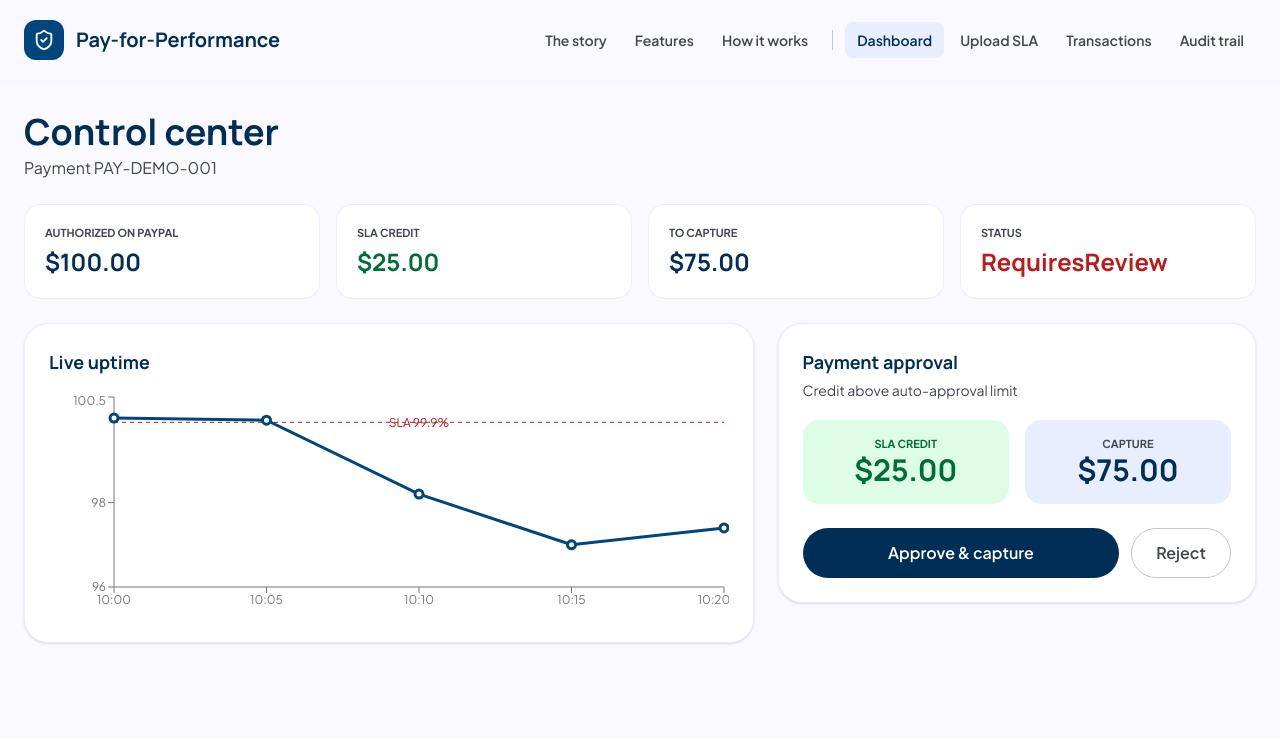
Repository: ParasChavan02/Pay-for-Performance
Page: /dashboard (app in frontend/)
These files come from the project's save history. The page is drawn as it stood at one moment and after the next save; the edit follows.
The browser window is 1280 px wide. The pictures show the whole page.
The project was rebuilt for these pictures with package versions that can differ from the ones it lists, and the page was loaded fresh each time. Some packages were replaced by stand-ins written for this rebuild. The framework's server and built-in components were replaced by stand-ins that run in the browser. Also part of the build but not shown: frontend/next.config.ts.

Above is the page before, as saved 2026-11-09 17:33:48.

After the next save:
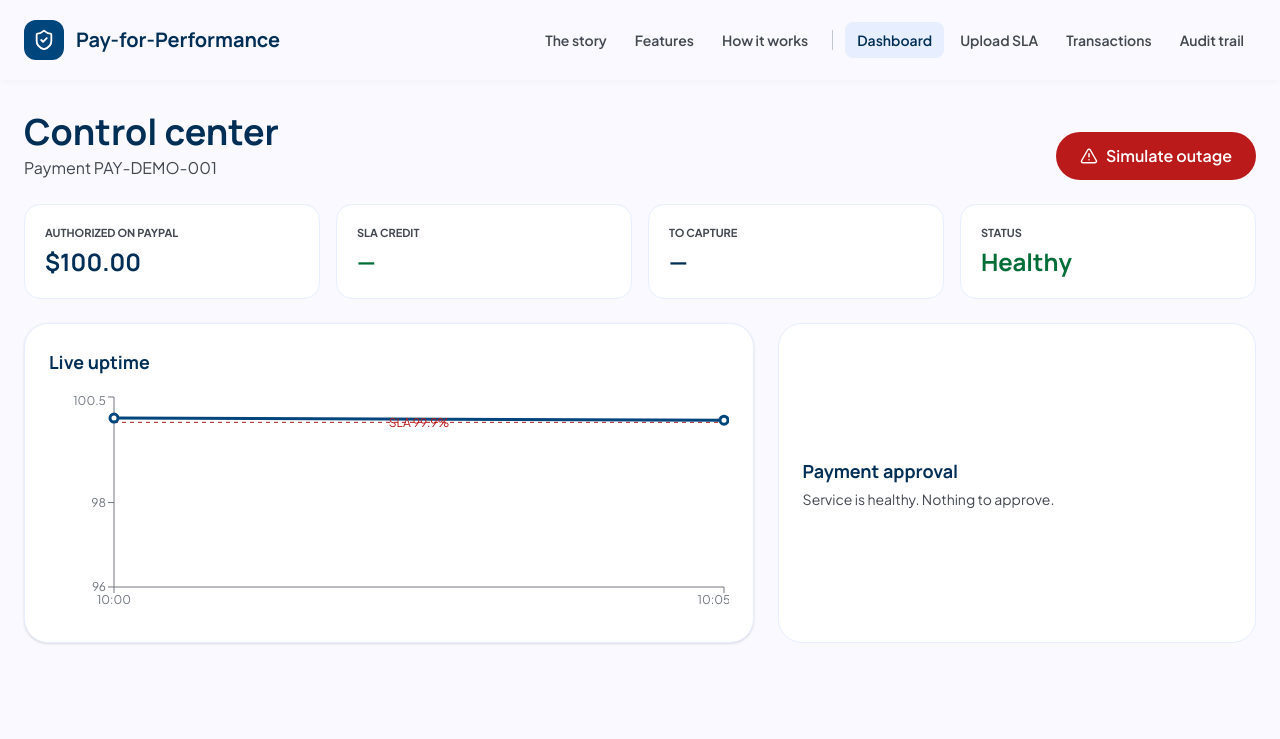
Saved 4 min 58 s later.
--- a/frontend/app/dashboard/page.tsx
+++ b/frontend/app/dashboard/page.tsx
@@ -1,28 +1,84 @@
-
+"use client";
+import { useState, useRef, useEffect } from "react";
+import { AlertTriangle, RotateCcw } from "lucide-react";
 import UptimeChart from "@/components/UptimeChart";
 import ApprovalCard from "@/components/ApprovalCard";
 import { mockSettlement, mockUptimeSeries } from "@/lib/mock";
 import { toNumber, formatMoney } from "@/lib/money";
 
+const START_POINTS = 2; // healthy points shown before the outage
+
 export default function Dashboard() {
   const s = mockSettlement;
   const cur = s.currency;
-  const breach = s.calculationBreakdown[0];
+  const target = s.calculationBreakdown[0].contractualThreshold;
+
+  const [shown, setShown] = useState(START_POINTS);
+  const [running, setRunning] = useState(false);
+  const [runId, setRunId] = useState(0);
+  const timer = useRef<ReturnType<typeof setInterval> | null>(null);
+
+  const data = mockUptimeSeries.slice(0, shown);
+  const breached = data.some((p) => p.uptime < target);
+  const settled = shown >= mockUptimeSeries.length;
+
+  const simulate = () => {
+    setShown(START_POINTS);
+    setRunId((r) => r + 1);
+    setRunning(true);
+    let n = START_POINTS;
+    timer.current = setInterval(() => {
+      n += 1;
+      setShown(n);
+      if (n >= mockUptimeSeries.length) {
+        if (timer.current) clearInterval(timer.current);
+        setRunning(false);
+      }
+    }, 900);
+  };
+
+  const reset = () => {
+    if (timer.current) clearInterval(timer.current);
+    setRunning(false);
+    setShown(START_POINTS);
+    setRunId((r) => r + 1);
+  };
+
+  // clean up the timer if we leave the page
+  useEffect(() => () => { if (timer.current) clearInterval(timer.current); }, []);
+
+  const status = settled ? s.status : breached ? "Breach detected" : "Healthy";
 
   const stats = [
     { label: "Authorized on PayPal", value: formatMoney(toNumber(s.authorizedAmount), cur), tone: "text-primary" },
-    { label: "SLA credit", value: formatMoney(toNumber(s.totalCredit), cur), tone: "text-secondary" },
-    { label: "To capture", value: formatMoney(toNumber(s.finalPayableAmount), cur), tone: "text-primary" },
-    { label: "Status", value: s.status, tone: "text-error" },
+    { label: "SLA credit", value: settled ? formatMoney(toNumber(s.totalCredit), cur) : "—", tone: "text-secondary" },
+    { label: "To capture", value: settled ? formatMoney(toNumber(s.finalPayableAmount), cur) : "—", tone: "text-primary" },
+    { label: "Status", value: status, tone: breached ? "text-error" : "text-secondary" },
   ];
 
   return (
-    <>
-
+    <div className={`min-h-screen transition-colors duration-700 ${breached ? "bg-error-container/40" : ""}`}>
       <main className="pt-28 pb-24 px-6 max-w-[1280px] mx-auto space-y-6">
-        <div>
-          <h1 className="font-headline font-bold text-4xl text-primary">Control center</h1>
-          <p className="text-on-surface-variant mt-1">Payment {s.paymentId}</p>
+        <div className="flex flex-wrap items-end justify-between gap-4">
+          <div>
+            <h1 className="font-headline font-bold text-4xl text-primary">Control center</h1>
+            <p className="text-on-surface-variant mt-1">Payment {s.paymentId}</p>
+          </div>
+          <div className="flex gap-3">
+            {shown > START_POINTS && !running && (
+              <button onClick={reset} className="flex items-center gap-2 px-5 py-3 rounded-full border border-outline-variant text-on-surface-variant font-semibold hover:bg-surface-container transition-colors">
+                <RotateCcw size={16} /> Reset
+              </button>
+            )}
+            <button
+              onClick={simulate}
+              disabled={running}
+              className="flex items-center gap-2 px-6 py-3 rounded-full bg-error text-white font-semibold hover:opacity-90 disabled:opacity-50 transition-opacity"
+            >
+              <AlertTriangle size={18} />
+              {running ? "Outage in progress…" : "Simulate outage"}
+            </button>
+          </div>
         </div>
 
         <div className="grid grid-cols-2 lg:grid-cols-4 gap-4">
@@ -36,13 +92,24 @@ export default function Dashboard() {
 
         <div className="grid lg:grid-cols-5 gap-6">
           <div className="lg:col-span-3">
-            <UptimeChart data={mockUptimeSeries} target={breach.contractualThreshold} />
+            <UptimeChart data={data} target={target} />
           </div>
           <div className="lg:col-span-2">
-            <ApprovalCard settlement={s} />
+            {settled ? (
+              <ApprovalCard key={runId} settlement={s} />
+            ) : (
+              <div className="rounded-3xl bg-surface-container-lowest border border-surface-container p-6 h-full flex flex-col justify-center">
+                <h3 className="font-headline font-bold text-lg text-primary mb-1">Payment approval</h3>
+                <p className="text-sm text-on-surface-variant">
+                  {breached
+                    ? "Calculating the credit from the SLA clause…"
+                    : "Service is healthy. Nothing to approve."}
+                </p>
+              </div>
+            )}
           </div>
         </div>
       </main>
-    </>
+    </div>
   );
 }
